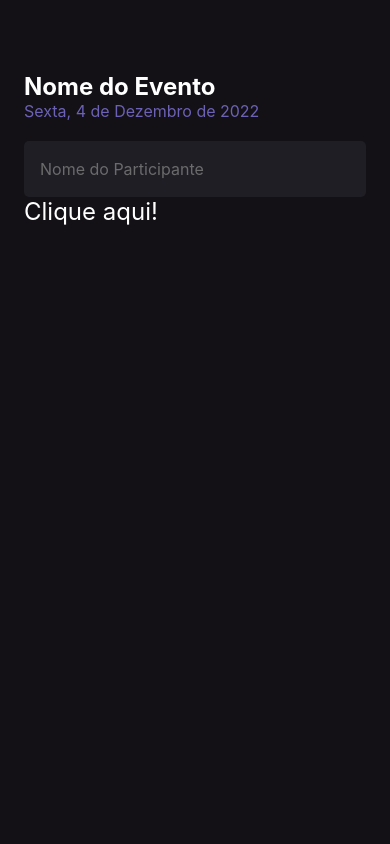
Repository: guilhermecardoso93/reactNative-ignite-imhere
Screen: /
An editor plug-in stored every save of this project. The screen is shown before and after the next save, followed by the edit.
The app was drawn by React Native's web renderer in a window 390 px wide. The project was rebuilt for these pictures with package versions that can differ from the ones it lists, and the page was loaded fresh each time.

Above is the screen before, as saved 2022-10-02 19:44:32.

After the next save:
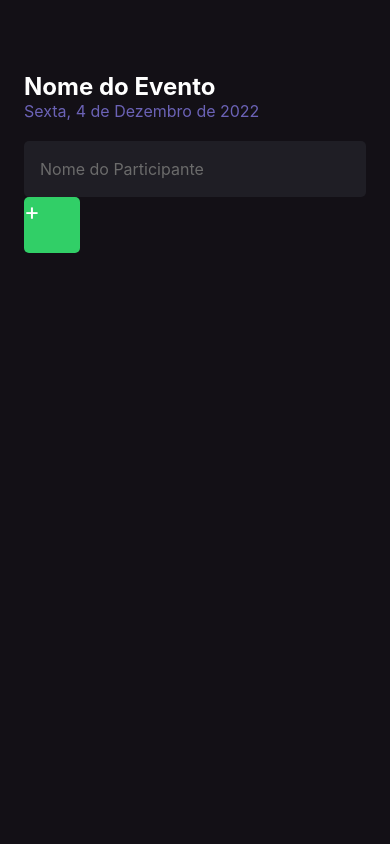
Saved 10 s later.
--- a/src/screens/Home/index.tsx
+++ b/src/screens/Home/index.tsx
@@ -12,8 +12,8 @@ export default function Home() {
         placeholder='Nome do Participante'
         placeholderTextColor='#6b6b6b'
       />
-      <TouchableOpacity>
-        <Text style={styles.buttonText}>Clique aqui!</Text>
+      <TouchableOpacity style={styles.button}>
+        <Text style={styles.buttonText}>+</Text>
       </TouchableOpacity>
     </View>
   );
